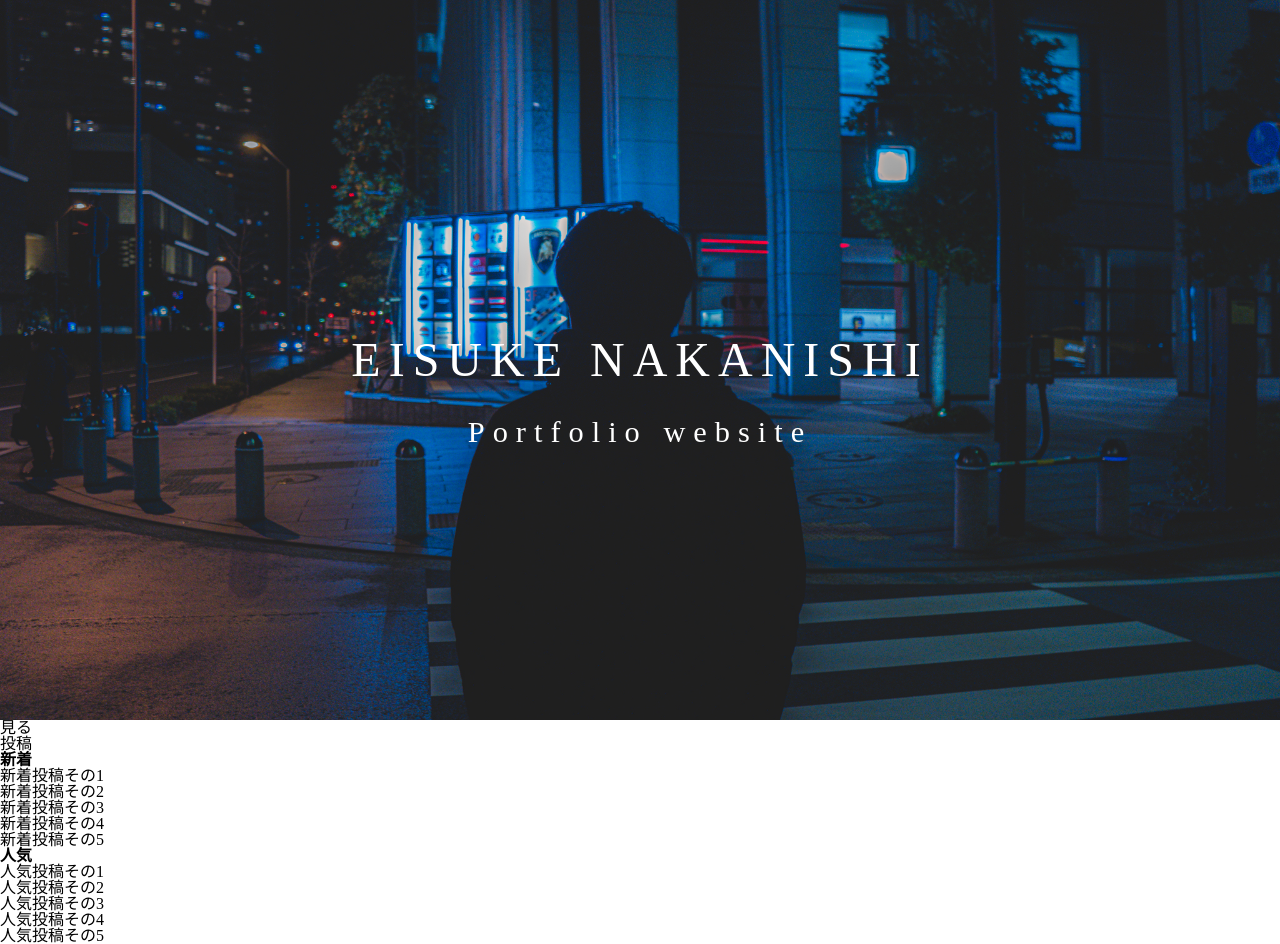
Repository: KustomApe/LandorusInc
Page: index.html
These files come from the project's save history. The page is drawn as it stood at one moment and after the next save; the edit follows.
The browser window is 1280 px wide. The pictures show the whole page.

Above is the page before, as saved 2021-07-24 13:03:02.

After the next save:
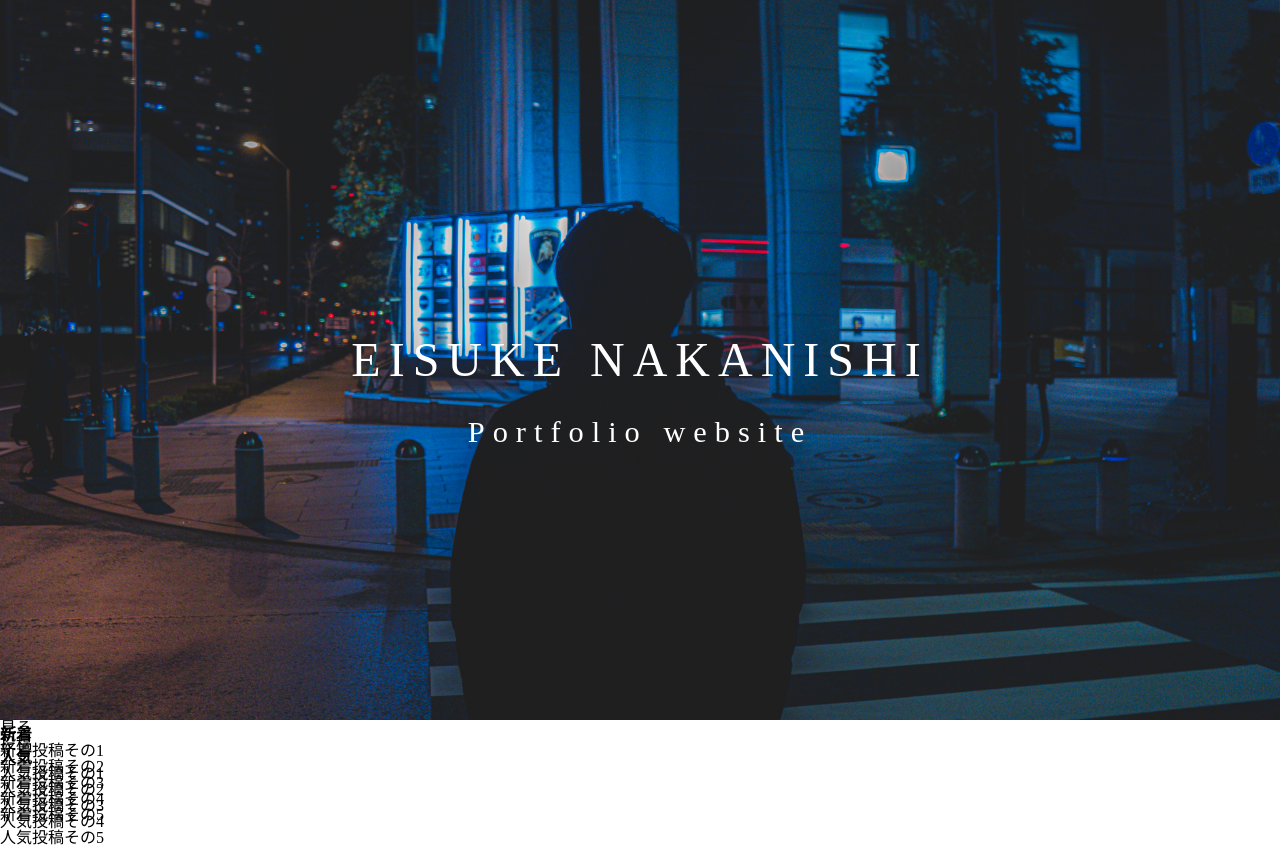
Saved 12 s later.
--- a/assets/css/style.css
+++ b/assets/css/style.css
@@ -42,4 +42,5 @@ div#main_img h2 {
 
 div.contents ul {
     width: 100%;
+    height: 1vh;
 }
